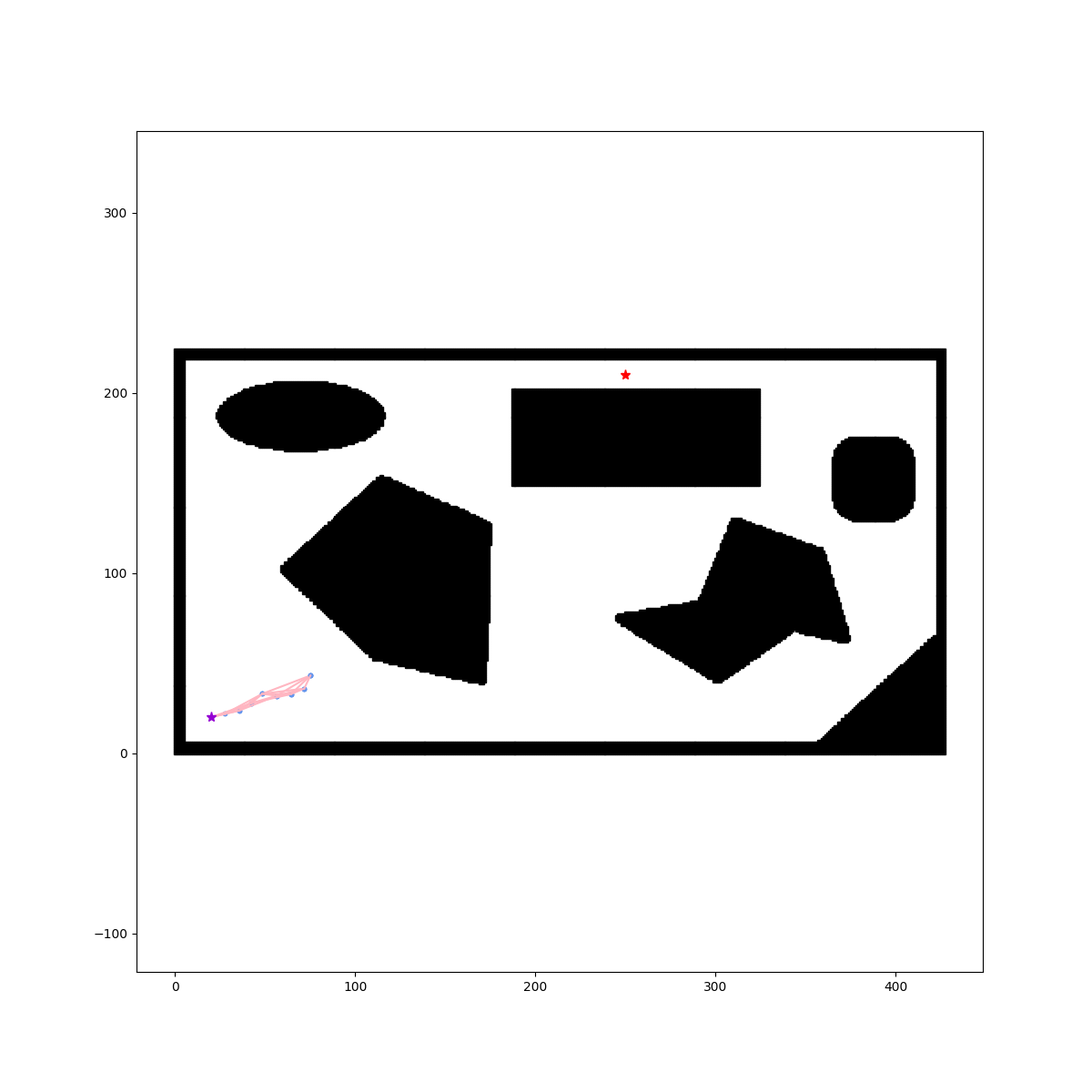
Repository: BaoL067/Pnc-Learning
Script's output: python sampling_based_planner/rrt_star.py
An editor plug-in stored every save of this project. The script's output is shown before and after a run of saves, followed by the edit.
The pictures are shown at 91% of full size.
Animations are shown at an early frame. Random numbers start from a fixed seed. It also reads sampling_based_planner/maps/map3.png.

Above is the script's output before, as saved 2024-10-06 15:47:47.

After the next 4 saves:
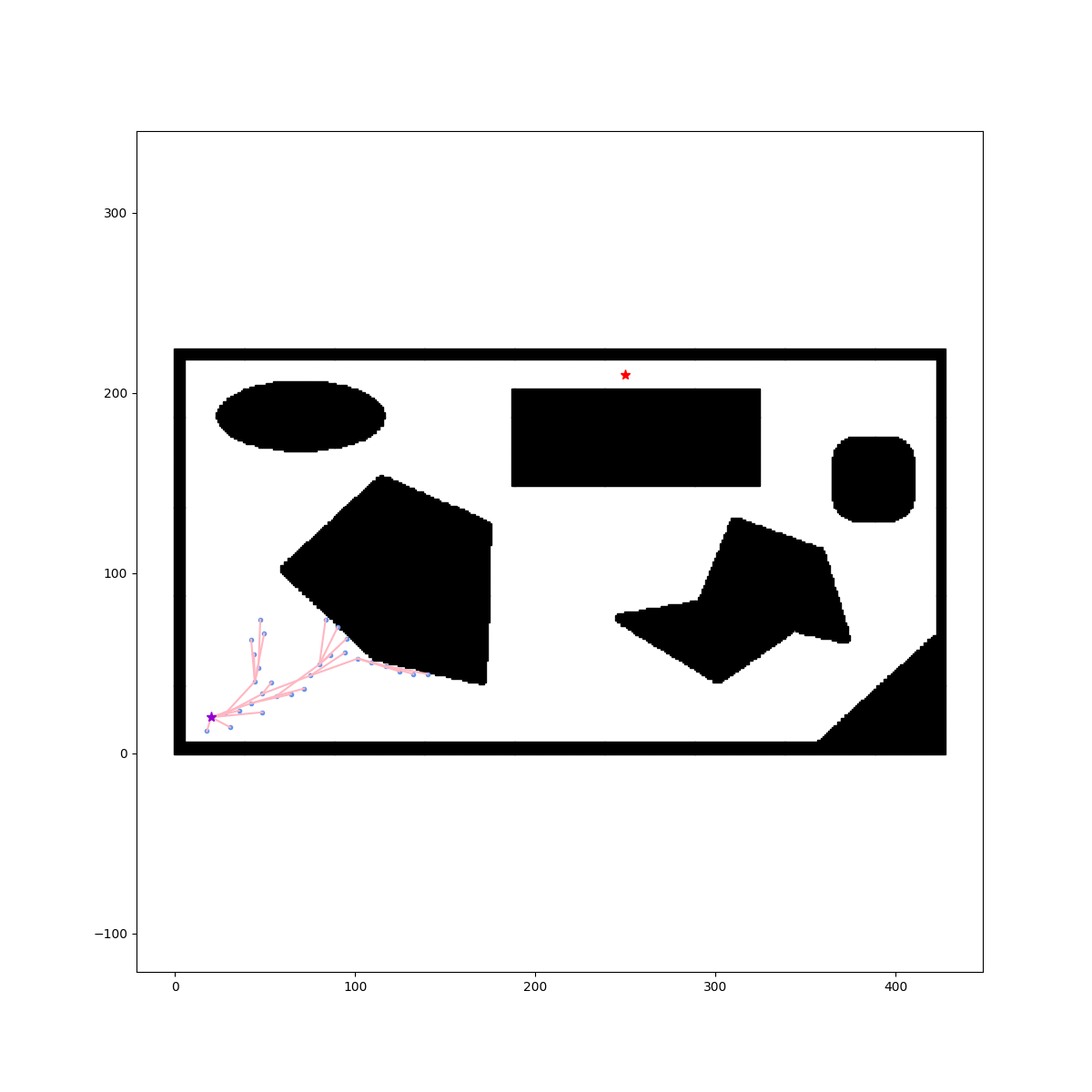
The 4 saves are shown as one change because they came seconds apart.
The last was saved 105 s later.
--- a/sampling_based_planner/rrt_star.py
+++ b/sampling_based_planner/rrt_star.py
@@ -95,7 +95,9 @@ class RRTStar:
                     if not self.check_collision_with_obs_map(new_node, self.obstacle_map):
                         new_node.reset()
                         continue
-                    self.draw_node_and_edge(new_node)
+                    else:
+                        self.draw_node_and_edge(new_node)
+                        break
                 # # while near_nodes:
                 # #     near_nodes.remove(optimal_node)
                 # #     new_node.rewire(optimal_node)
